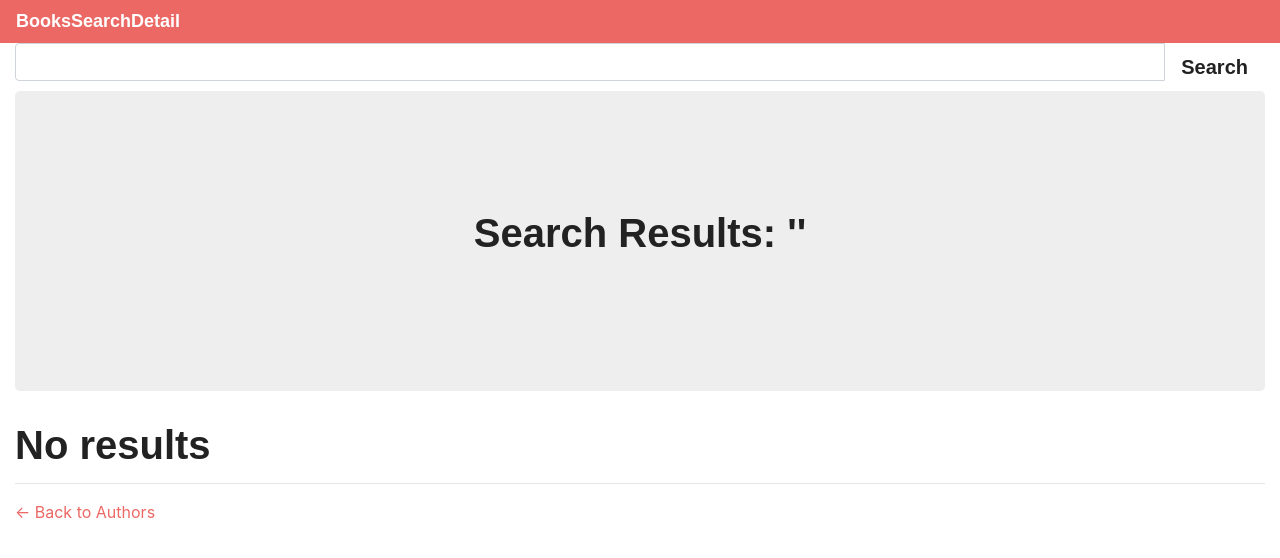
Repository: ionathas78/gBooksScanner
Page: /search (app in client/)
The author's editor kept a copy of each file at every save. The page is drawn from the files as they stood at one save, then again after the next save.
The browser window is 1280 px wide. The pictures show the whole page.
Some web fonts or font styles are not loaded; a fallback is used. Some web libraries are served in a nearby version. The project was rebuilt for these pictures with package versions that can differ from the ones it lists, and the page was loaded fresh each time. Also part of the build but not shown: client/src/components/DeleteBtn/style.css, client/src/components/DeleteBtn/index.js, client/src/components/List/style.css, client/src/components/List/index.js, client/src/pages/Books.js, client/src/pages/Detail.js, client/src/pages/NoMatch.js.

Above is the page before, as saved 2020-05-19 13:40:54.

After the next save:
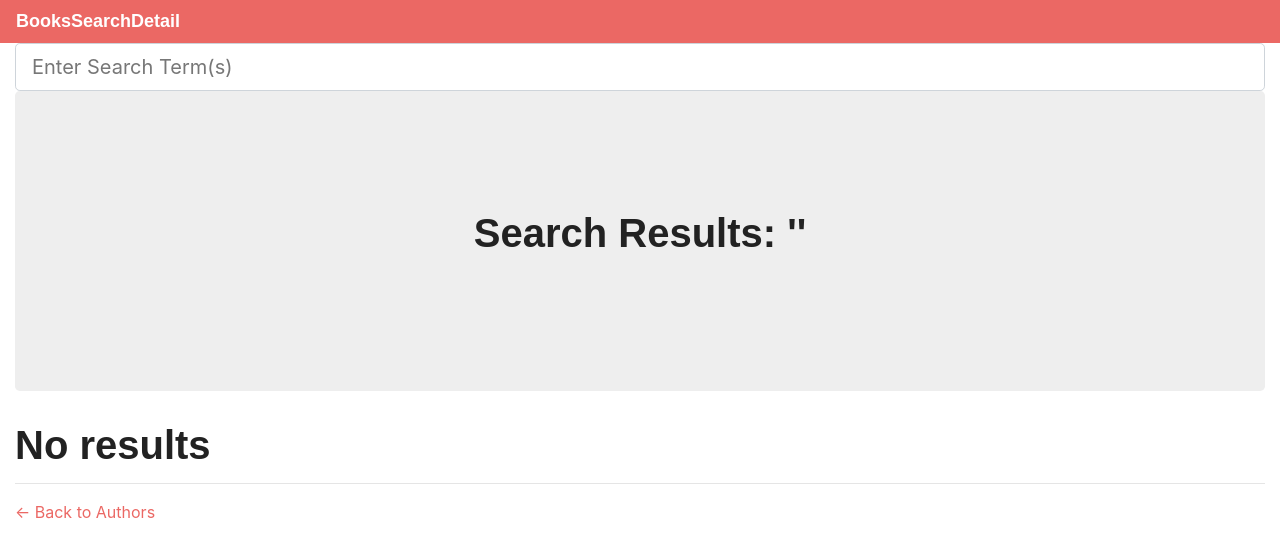
Saved 24 s later.
--- a/client/src/pages/Search.js
+++ b/client/src/pages/Search.js
@@ -2,7 +2,7 @@
 import { Link, useParams } from "react-router-dom";
 import { Col, Row, Container } from "../components/Grid";
 import Jumbotron from "../components/Jumbotron";
-import SearchBar from "../components/SearchBar";
+import SearchBar from "../components/Input";
 import API from "../utils/API";
 
 function Search(props) {

After the save that followed:
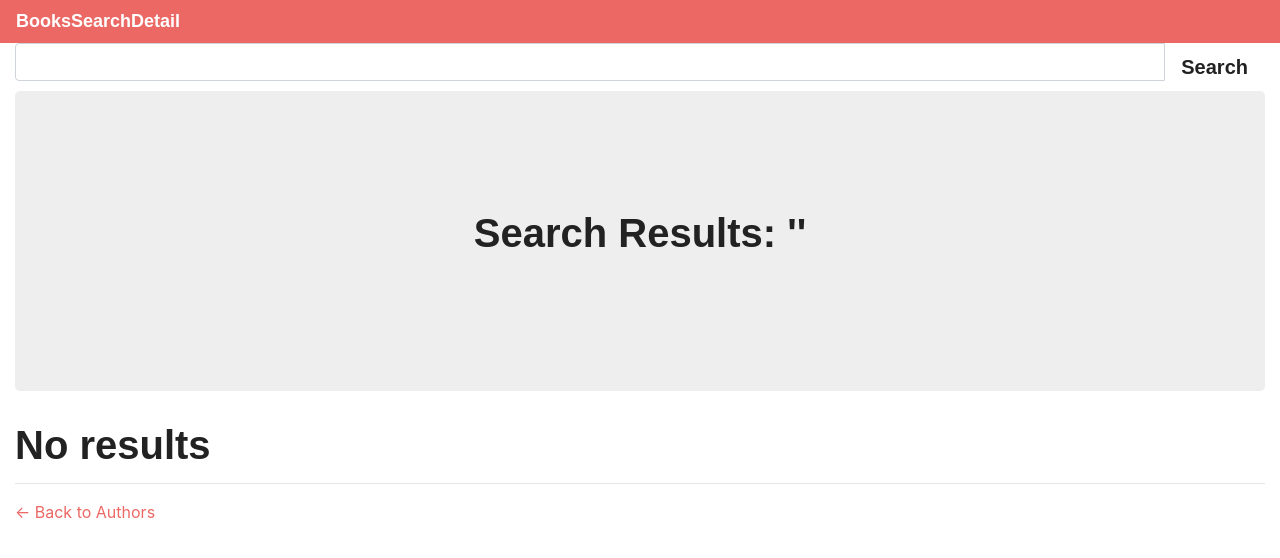
Saved 50 s later.
--- a/client/src/pages/Search.js
+++ b/client/src/pages/Search.js
@@ -2,7 +2,7 @@
 import { Link, useParams } from "react-router-dom";
 import { Col, Row, Container } from "../components/Grid";
 import Jumbotron from "../components/Jumbotron";
-import SearchBar from "../components/Input";
+import SearchBar from "../components/SearchBar";
 import API from "../utils/API";
 
 function Search(props) {
